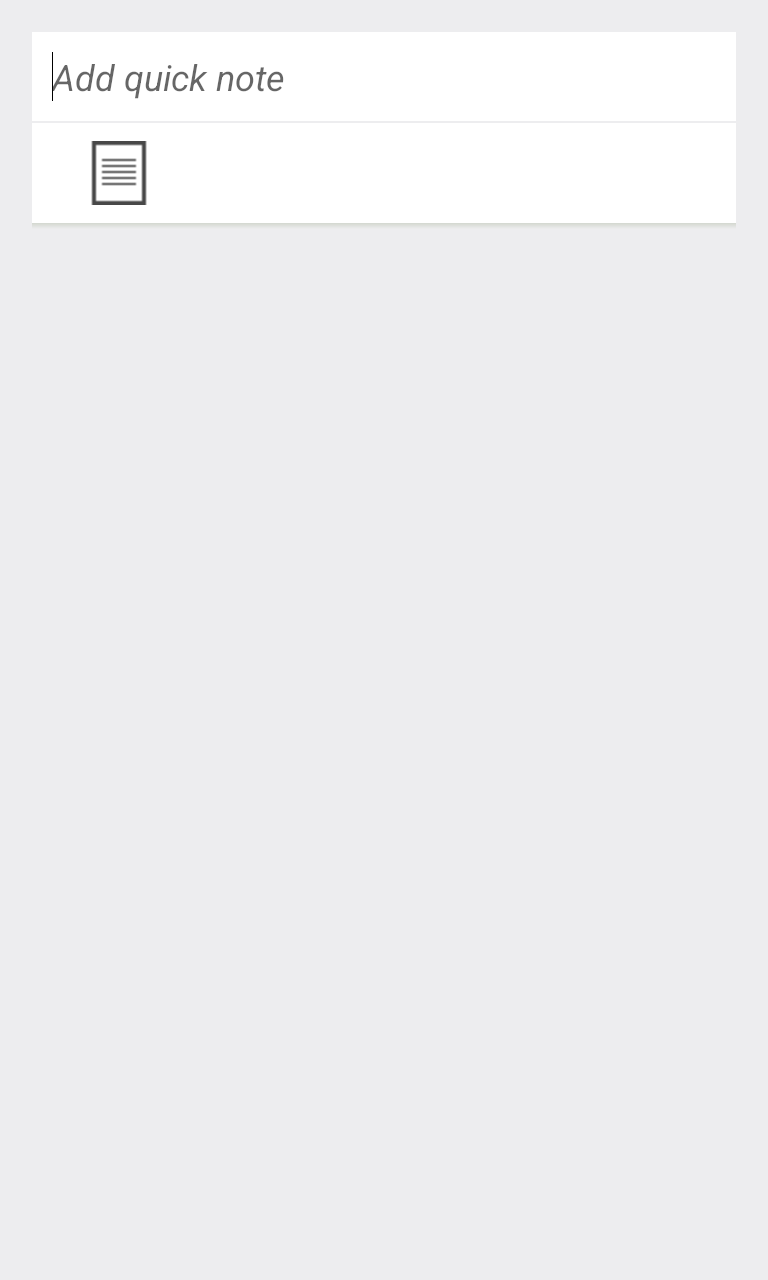
Repository: ishwormali/practices
Layout: Android/GoogleKeep/GoogleKeep/res/layout/fragment_notes.xml
The author's editor kept a copy of each file at every save. The layout is drawn from the files as they stood at one save, then again after a run of saves.
It is drawn on a 768 x 1280 px phone screen (xhdpi) without system bars, with theme Theme.Orangeboom; the app's code is not run.

Above is the layout before, as saved 2014-04-01 08:52:46.

### Android/GoogleKeep/GoogleKeep/res/layout/fragment_notes.xml
<?xml version="1.0" encoding="UTF-8"?>
<RelativeLayout xmlns:android="http://schemas.android.com/apk/res/android"
	xmlns:tools="http://schemas.android.com/tools" android:layout_width="match_parent"
	android:layout_height="match_parent" android:paddingBottom="@dimen/activity_vertical_margin"
	android:paddingLeft="@dimen/activity_horizontal_margin"
	android:paddingRight="@dimen/activity_horizontal_margin"
	android:paddingTop="@dimen/activity_vertical_margin"
	tools:context="com.practices.googlekeep.MainActivity$PlaceholderFragment"
	android:background="@color/main_background">

	<LinearLayout android:layout_width="match_parent"
		android:layout_height="wrap_content" android:layout_alignParentTop="true"
		android:layout_centerHorizontal="true" android:background="@drawable/area_container"
		android:orientation="vertical">

		<EditText android:id="@+id/text_quicknote"
			android:layout_width="match_parent" android:layout_height="wrap_content"
			android:ems="10" android:hint="@string/add_quick_note"
			android:background="@drawable/edit_box" android:textColor="@android:color/black"
			android:textCursorDrawable="@null" android:padding="10dp"
			android:singleLine="true">

			<requestFocus />
		</EditText>
		<View android:layout_width="fill_parent" android:layout_height="1dip"
			android:background="@color/main_background" />


		<LinearLayout android:layout_width="fill_parent"
			android:layout_height="50dp">
			<ImageButton android:layout_width="wrap_content"
				android:layout_height="wrap_content" android:src="@drawable/ico_linedpaper32"
				style="?android:attr/borderlessButtonStyle" />
		</LinearLayout>

		<View android:id="@+id/divider" android:layout_width="match_parent"
			android:layout_height="3sp" android:background="@drawable/drop_shadow" />

	</LinearLayout>

</RelativeLayout>

### Android/GoogleKeep/GoogleKeep/res/values-v14/themes.xml
<?xml version="1.0" encoding="utf-8"?>
<!-- File created by the Android Action Bar Style Generator

     Copyright (C) 2011 The Android Open Source Project
     Copyright (C) 2012 readyState Software Ltd

     Licensed under the Apache License, Version 2.0 (the "License");
     you may not use this file except in compliance with the License.
     You may obtain a copy of the License at

          http://www.apache.org/licenses/LICENSE-2.0

     Unless required by applicable law or agreed to in writing, software
     distributed under the License is distributed on an "AS IS" BASIS,
     WITHOUT WARRANTIES OR CONDITIONS OF ANY KIND, either express or implied.
     See the License for the specific language governing permissions and
     limitations under the License.
-->

<resources xmlns:android="http://schemas.android.com/apk/res/android">

    <style name="Theme.Orangeboom" parent="@style/Theme.AppCompat.Light">
        <item name="android:actionBarItemBackground">@drawable/selectable_background_orangeboom</item>
        <item name="android:popupMenuStyle">@style/PopupMenu.Orangeboom</item>
        <item name="android:dropDownListViewStyle">@style/DropDownListView.Orangeboom</item>
        <item name="android:actionBarTabStyle">@style/ActionBarTabStyle.Orangeboom</item>
        <item name="android:actionDropDownStyle">@style/DropDownNav.Orangeboom</item>
        <item name="android:actionBarStyle">@style/ActionBar.Solid.Orangeboom</item>
        <item name="android:actionModeBackground">@drawable/cab_background_top_orangeboom</item>
        <item name="android:actionModeSplitBackground">@drawable/cab_background_bottom_orangeboom</item>
        <item name="android:actionModeCloseButtonStyle">@style/ActionButton.CloseMode.Orangeboom</item>
         <item name="actionMenuTextColor">@android:color/white</item>

    </style>

    <style name="ActionBar.Solid.Orangeboom" parent="@style/Widget.AppCompat.Light.ActionBar.Solid">
        <item name="android:background">@drawable/ab_solid_orangeboom</item>
        <item name="android:backgroundStacked">@drawable/ab_stacked_solid_orangeboom</item>
        <item name="android:backgroundSplit">@drawable/ab_bottom_solid_orangeboom</item>
        <item name="android:progressBarStyle">@style/ProgressBar.Orangeboom</item>
       <item name="android:titleTextStyle">@style/ActionBar.TextStyle.Orangeboom</item>
<!--        <item name="android:logo">@drawable/text_x_todo</item> -->
    </style>

    <style name="ActionBar.TextStyle.Orangeboom"
           parent="@style/TextAppearance.AppCompat.Widget.ActionBar.Title">
        <item name="android:textColor">@android:color/white</item>
    </style>

    <style name="ActionBar.Transparent.Orangeboom" parent="@style/Widget.AppCompat.Light.ActionBar">
        <item name="android:background">@drawable/ab_transparent_orangeboom</item>
        <item name="android:progressBarStyle">@style/ProgressBar.Orangeboom</item>
    </style>

    <!-- this style is only referenced in a Light.DarkActionBar based theme -->
    <style name="Theme.Orangeboom.Widget" parent="@style/Theme.AppCompat">
        <item name="android:popupMenuStyle">@style/PopupMenu.Orangeboom</item>
        <item name="android:dropDownListViewStyle">@style/DropDownListView.Orangeboom</item>
    </style>

</resources>

### Android/GoogleKeep/GoogleKeep/res/values/themes.xml
<?xml version="1.0" encoding="utf-8"?>
<!-- File created by the Android Action Bar Style Generator

     Copyright (C) 2011 The Android Open Source Project
     Copyright (C) 2012 readyState Software Ltd

     Licensed under the Apache License, Version 2.0 (the "License");
     you may not use this file except in compliance with the License.
     You may obtain a copy of the License at

          http://www.apache.org/licenses/LICENSE-2.0

     Unless required by applicable law or agreed to in writing, software
     distributed under the License is distributed on an "AS IS" BASIS,
     WITHOUT WARRANTIES OR CONDITIONS OF ANY KIND, either express or implied.
     See the License for the specific language governing permissions and
     limitations under the License.
-->

<resources xmlns:android="http://schemas.android.com/apk/res/android">

    <style name="Theme.Orangeboom" parent="@style/Theme.AppCompat.Light">
        <item name="actionBarItemBackground">@drawable/selectable_background_orangeboom</item>
        <item name="popupMenuStyle">@style/PopupMenu.Orangeboom</item>
        <item name="dropDownListViewStyle">@style/DropDownListView.Orangeboom</item>
        <item name="actionBarTabStyle">@style/ActionBarTabStyle.Orangeboom</item>
        <item name="actionDropDownStyle">@style/DropDownNav.Orangeboom</item>
        <item name="actionBarStyle">@style/ActionBar.Solid.Orangeboom</item>
        <item name="actionModeBackground">@drawable/cab_background_top_orangeboom</item>
        <item name="actionModeSplitBackground">@drawable/cab_background_bottom_orangeboom</item>
        <item name="actionModeCloseButtonStyle">@style/ActionButton.CloseMode.Orangeboom</item>
 <item name="actionMenuTextColor">@android:color/white</item>


    </style>

    <style name="ActionBar.Solid.Orangeboom" parent="@style/Widget.AppCompat.Light.ActionBar.Solid">
        <item name="background">@drawable/ab_solid_orangeboom</item>
        <item name="backgroundStacked">@drawable/ab_stacked_solid_orangeboom</item>
        <item name="backgroundSplit">@drawable/ab_bottom_solid_orangeboom</item>
        <item name="progressBarStyle">@style/ProgressBar.Orangeboom</item>
         <item name="titleTextStyle">@style/ActionBar.TextStyle.Orangeboom</item>
<!--          <item name="logo">@drawable/text_x_todo</item> -->
    </style>

     <style name="ActionBar.TextStyle.Orangeboom"
           parent="@style/TextAppearance.AppCompat.Widget.ActionBar.Title">
        <item name="android:textColor">@android:color/white</item>
    </style>

    <style name="ActionBar.Transparent.Orangeboom" parent="@style/Widget.AppCompat.Light.ActionBar">
        <item name="background">@drawable/ab_transparent_orangeboom</item>
        <item name="progressBarStyle">@style/ProgressBar.Orangeboom</item>
    </style>

    <style name="PopupMenu.Orangeboom" parent="@style/Widget.AppCompat.Light.PopupMenu">
        <item name="android:popupBackground">@drawable/menu_dropdown_panel_orangeboom</item>
    </style>

    <style name="DropDownListView.Orangeboom" parent="@style/Widget.AppCompat.Light.ListView.DropDown">
        <item name="android:listSelector">@drawable/selectable_background_orangeboom</item>
    </style>

    <style name="ActionBarTabStyle.Orangeboom" parent="@style/Widget.AppCompat.Light.ActionBar.TabView">
        <item name="android:background">@drawable/tab_indicator_ab_orangeboom</item>
        <item name="android:textColor">@android:color/white</item>
    </style>

    <style name="DropDownNav.Orangeboom" parent="@style/Widget.AppCompat.Light.Spinner.DropDown.ActionBar">
        <item name="android:background">@drawable/spinner_background_ab_orangeboom</item>
        <item name="android:popupBackground">@drawable/menu_dropdown_panel_orangeboom</item>
        <item name="android:dropDownSelector">@drawable/selectable_background_orangeboom</item>
    </style>

    <style name="ProgressBar.Orangeboom" parent="@style/Widget.AppCompat.ProgressBar.Horizontal">
        <item name="android:progressDrawable">@drawable/progress_horizontal_orangeboom</item>
    </style>

    <style name="ActionButton.CloseMode.Orangeboom" parent="@style/Widget.AppCompat.Light.ActionButton.CloseMode">
        <item name="android:background">@drawable/btn_cab_done_orangeboom</item>
    </style>

    <!-- this style is only referenced in a Light.DarkActionBar based theme -->
    <style name="Theme.Orangeboom.Widget" parent="@style/Theme.AppCompat">
        <item name="popupMenuStyle">@style/PopupMenu.Orangeboom</item>
        <item name="dropDownListViewStyle">@style/DropDownListView.Orangeboom</item>
    </style>

</resources>

### Android/GoogleKeep/GoogleKeep/res/drawable/selectable_background_orangeboom.xml
<?xml version="1.0" encoding="utf-8"?>
<!-- File created by the Android Action Bar Style Generator

     Copyright (C) 2011 The Android Open Source Project
     Copyright (C) 2012 readyState Software Ltd

     Licensed under the Apache License, Version 2.0 (the "License");
     you may not use this file except in compliance with the License.
     You may obtain a copy of the License at

          http://www.apache.org/licenses/LICENSE-2.0

     Unless required by applicable law or agreed to in writing, software
     distributed under the License is distributed on an "AS IS" BASIS,
     WITHOUT WARRANTIES OR CONDITIONS OF ANY KIND, either express or implied.
     See the License for the specific language governing permissions and
     limitations under the License.
-->

<selector xmlns:android="http://schemas.android.com/apk/res/android"
        android:exitFadeDuration="@android:integer/config_mediumAnimTime" >
    <item android:state_pressed="false" android:state_focused="true" android:drawable="@drawable/list_focused_orangeboom" />
    <item android:state_pressed="true" android:drawable="@drawable/list_pressed_orangeboom" />
    <item android:drawable="@android:color/transparent" />
</selector>

### Android/GoogleKeep/GoogleKeep/res/drawable/btn_cab_done_orangeboom.xml
<?xml version="1.0" encoding="utf-8"?>
<!-- File created by the Android Action Bar Style Generator

     Copyright (C) 2011 The Android Open Source Project
     Copyright (C) 2012 readyState Software Ltd

     Licensed under the Apache License, Version 2.0 (the "License");
     you may not use this file except in compliance with the License.
     You may obtain a copy of the License at

          http://www.apache.org/licenses/LICENSE-2.0

     Unless required by applicable law or agreed to in writing, software
     distributed under the License is distributed on an "AS IS" BASIS,
     WITHOUT WARRANTIES OR CONDITIONS OF ANY KIND, either express or implied.
     See the License for the specific language governing permissions and
     limitations under the License.
-->

<selector xmlns:android="http://schemas.android.com/apk/res/android">
    <item android:state_pressed="true"
        android:drawable="@drawable/btn_cab_done_pressed_orangeboom" />
    <item android:state_focused="true" android:state_enabled="true"
        android:drawable="@drawable/btn_cab_done_focused_orangeboom" />
    <item android:state_enabled="true"
        android:drawable="@drawable/btn_cab_done_default_orangeboom" />
</selector>

### Android/GoogleKeep/GoogleKeep/res/drawable/progress_horizontal_orangeboom.xml
<?xml version="1.0" encoding="utf-8"?>
<!-- File created by the Android Action Bar Style Generator

     Copyright (C) 2011 The Android Open Source Project
     Copyright (C) 2012 readyState Software Ltd

     Licensed under the Apache License, Version 2.0 (the "License");
     you may not use this file except in compliance with the License.
     You may obtain a copy of the License at

          http://www.apache.org/licenses/LICENSE-2.0

     Unless required by applicable law or agreed to in writing, software
     distributed under the License is distributed on an "AS IS" BASIS,
     WITHOUT WARRANTIES OR CONDITIONS OF ANY KIND, either express or implied.
     See the License for the specific language governing permissions and
     limitations under the License.
-->

<layer-list xmlns:android="http://schemas.android.com/apk/res/android">

    <item android:id="@android:id/background"
          android:drawable="@drawable/progress_bg_orangeboom" />

    <item android:id="@android:id/secondaryProgress">
        <scale android:scaleWidth="100%"
               android:drawable="@drawable/progress_secondary_orangeboom" />
    </item>

    <item android:id="@android:id/progress">
        <scale android:scaleWidth="100%"
               android:drawable="@drawable/progress_primary_orangeboom" />
    </item>

</layer-list>

### Android/GoogleKeep/GoogleKeep/res/drawable/spinner_background_ab_orangeboom.xml
<?xml version="1.0" encoding="utf-8"?>
<!-- File created by the Android Action Bar Style Generator

     Copyright (C) 2011 The Android Open Source Project
     Copyright (C) 2012 readyState Software Ltd

     Licensed under the Apache License, Version 2.0 (the "License");
     you may not use this file except in compliance with the License.
     You may obtain a copy of the License at

          http://www.apache.org/licenses/LICENSE-2.0

     Unless required by applicable law or agreed to in writing, software
     distributed under the License is distributed on an "AS IS" BASIS,
     WITHOUT WARRANTIES OR CONDITIONS OF ANY KIND, either express or implied.
     See the License for the specific language governing permissions and
     limitations under the License.
-->

<selector xmlns:android="http://schemas.android.com/apk/res/android">
    <item android:state_enabled="false"
        android:drawable="@drawable/spinner_ab_disabled_orangeboom" />
    <item android:state_pressed="true"
        android:drawable="@drawable/spinner_ab_pressed_orangeboom" />
    <item android:state_pressed="false" android:state_focused="true"
        android:drawable="@drawable/spinner_ab_focused_orangeboom" />
    <item android:drawable="@drawable/spinner_ab_default_orangeboom" />
</selector>

### Android/GoogleKeep/GoogleKeep/res/drawable/tab_indicator_ab_orangeboom.xml
<?xml version="1.0" encoding="utf-8"?>
<!-- File created by the Android Action Bar Style Generator

     Copyright (C) 2011 The Android Open Source Project
     Copyright (C) 2012 readyState Software Ltd

     Licensed under the Apache License, Version 2.0 (the "License");
     you may not use this file except in compliance with the License.
     You may obtain a copy of the License at

          http://www.apache.org/licenses/LICENSE-2.0

     Unless required by applicable law or agreed to in writing, software
     distributed under the License is distributed on an "AS IS" BASIS,
     WITHOUT WARRANTIES OR CONDITIONS OF ANY KIND, either express or implied.
     See the License for the specific language governing permissions and
     limitations under the License.
-->

<selector xmlns:android="http://schemas.android.com/apk/res/android">
    <!-- Non focused states -->
    <item android:state_focused="false" android:state_selected="false" android:state_pressed="false" android:drawable="@android:color/transparent" />
    <item android:state_focused="false" android:state_selected="true"  android:state_pressed="false" android:drawable="@drawable/tab_selected_orangeboom" />

    <!-- Focused states -->
    <item android:state_focused="true" android:state_selected="false" android:state_pressed="false" android:drawable="@drawable/tab_unselected_focused_orangeboom" />
    <item android:state_focused="true" android:state_selected="true"  android:state_pressed="false" android:drawable="@drawable/tab_selected_focused_orangeboom" />

    <!-- Pressed -->
    <!--    Non focused states -->
    <item android:state_focused="false" android:state_selected="false" android:state_pressed="true" android:drawable="@drawable/tab_unselected_pressed_orangeboom" />
    <item android:state_focused="false" android:state_selected="true"  android:state_pressed="true" android:drawable="@drawable/tab_selected_pressed_orangeboom" />

    <!--    Focused states -->
    <item android:state_focused="true" android:state_selected="false" android:state_pressed="true" android:drawable="@drawable/tab_unselected_pressed_orangeboom" />
    <item android:state_focused="true" android:state_selected="true"  android:state_pressed="true" android:drawable="@drawable/tab_selected_pressed_orangeboom" />
</selector>

### Android/GoogleKeep/GoogleKeep/res/values/dimens.xml
<resources>

    <!-- Default screen margins, per the Android Design guidelines. -->
    <dimen name="activity_horizontal_margin">16dp</dimen>
    <dimen name="activity_vertical_margin">16dp</dimen>

</resources>

### Android/GoogleKeep/GoogleKeep/res/values/Color.xml
<?xml version="1.0" encoding="utf-8"?>
<resources>
    <color name="main_background">#EDEDEF</color>
    <color name="area_container_background">#FFFFFF</color>

</resources>

### Android/GoogleKeep/GoogleKeep/res/drawable/area_container.xml
<?xml version="1.0" encoding="utf-8"?>
<shape xmlns:android="http://schemas.android.com/apk/res/android"

    >
    <solid android:color="@color/area_container_background"/>

</shape>

### Android/GoogleKeep/GoogleKeep/res/values/strings.xml
<?xml version="1.0" encoding="utf-8"?>
<resources>

    <string name="app_name">GoogleKeep</string>
    <string name="hello_world">Hello world!</string>
    <string name="action_settings">Settings</string>
	<string name="add_quick_note"><i>Add quick note</i></string>
</resources>

### Android/GoogleKeep/GoogleKeep/res/drawable/edit_box.xml
<?xml version="1.0" encoding="utf-8"?>
<shape xmlns:android="http://schemas.android.com/apk/res/android"
    android:shape="rectangle"
    android:padding="10dp"
     >

<solid android:color="#FFFFFF"/>

</shape>

### Android/GoogleKeep/GoogleKeep/res/drawable/drop_shadow.xml
<?xml version="1.0" encoding="utf-8"?>
<shape xmlns:android="http://schemas.android.com/apk/res/android" android:shape="rectangle">
  <gradient
    android:startColor="@color/main_background"

    android:endColor="#d3d7cf"
    android:angle="90" />
</shape>

Loaded but not shown: Android/GoogleKeep/GoogleKeep/res/values-w820dp/dimens.xml (common file)

After the next 2 saves:
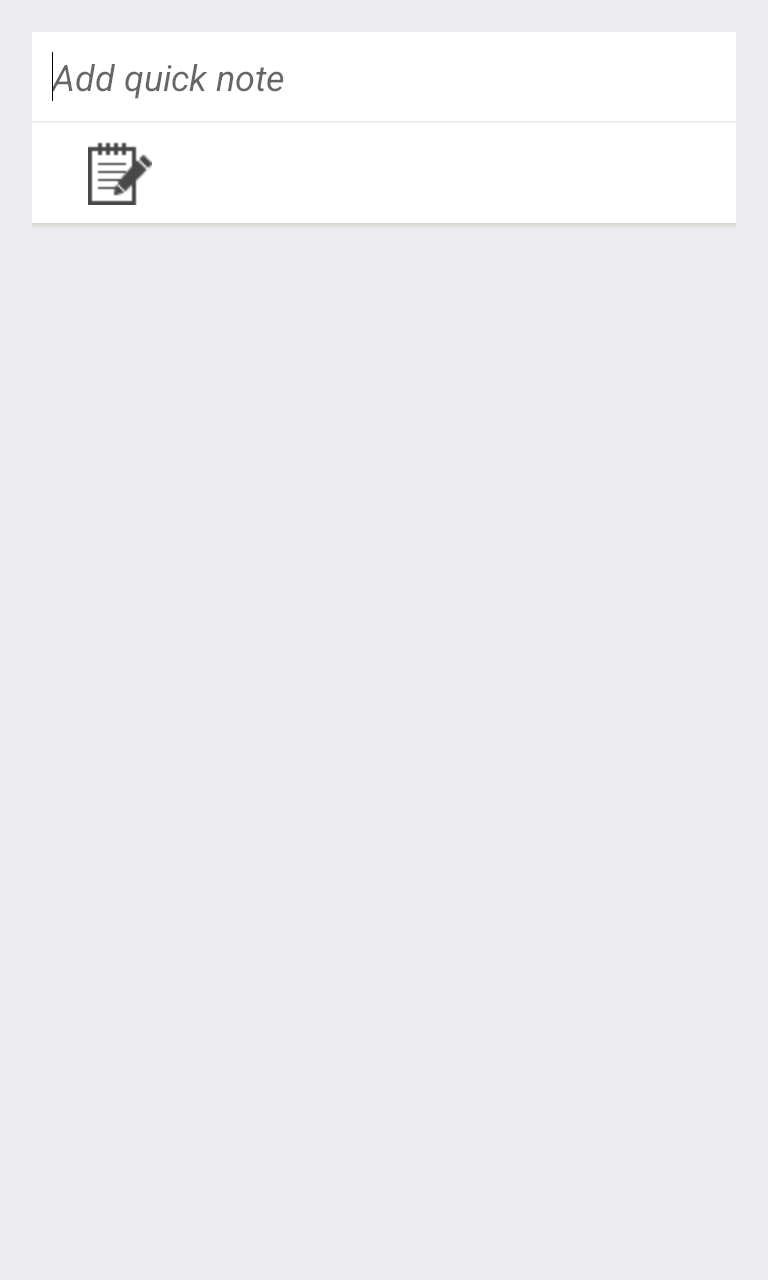
The 2 saves are shown as one change because 1 did not build or start.
The last was saved 12 min 50 s later.
--- a/Android/GoogleKeep/GoogleKeep/res/layout/fragment_notes.xml
+++ b/Android/GoogleKeep/GoogleKeep/res/layout/fragment_notes.xml
@@ -29,8 +29,8 @@
 		<LinearLayout android:layout_width="fill_parent"
 			android:layout_height="50dp">
 			<ImageButton android:layout_width="wrap_content"
-				android:layout_height="wrap_content" android:src="@drawable/ico_linedpaper32"
-				style="?android:attr/borderlessButtonStyle" />
+				android:layout_height="wrap_content" android:src="@drawable/ico_notepencil32"
+				style="?android:attr/borderlessButtonStyle"  />
 		</LinearLayout>
 
 		<View android:id="@+id/divider" android:layout_width="match_parent"
